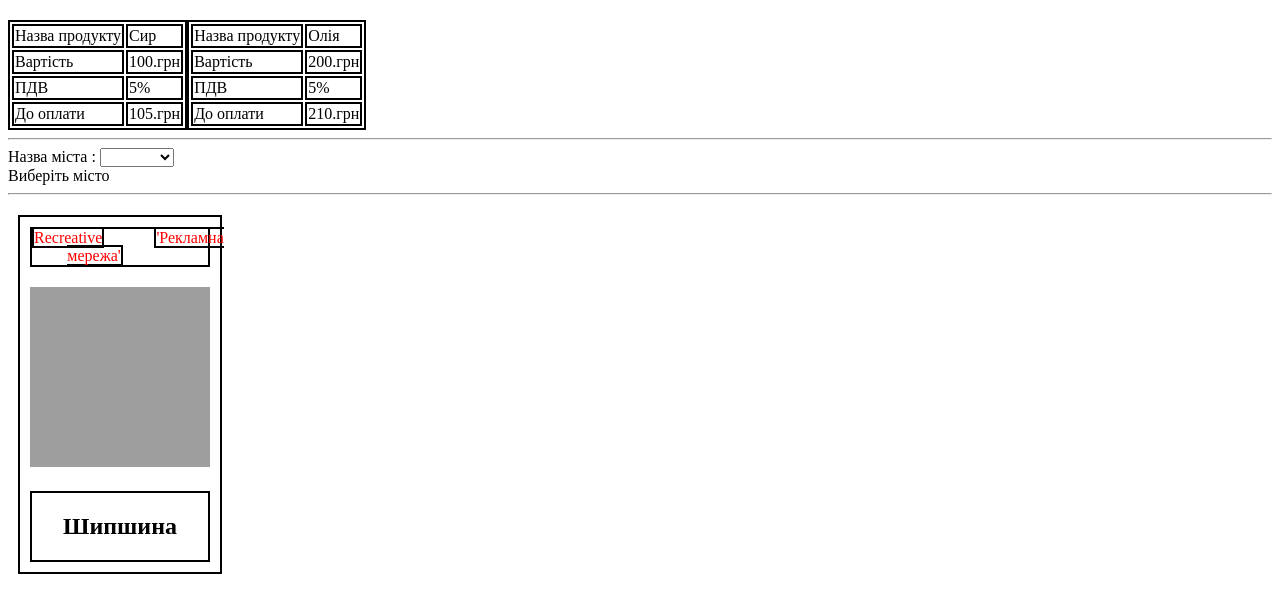
Repository: AnatoliyZaporozhets/HomeTask
Page: / (app in HomeWork_1/)
An editor plug-in stored every save of this project. The page is shown before and after the next save, followed by the edit.
The browser window is 1280 px wide. The pictures show the whole page.
Pictures or frames that could not be fetched are drawn as grey boxes. The project was rebuilt for these pictures with package versions that can differ from the ones it lists, and the page was loaded fresh each time.

Above is the page before, as saved 2022-04-12 21:08:01.

After the next save:
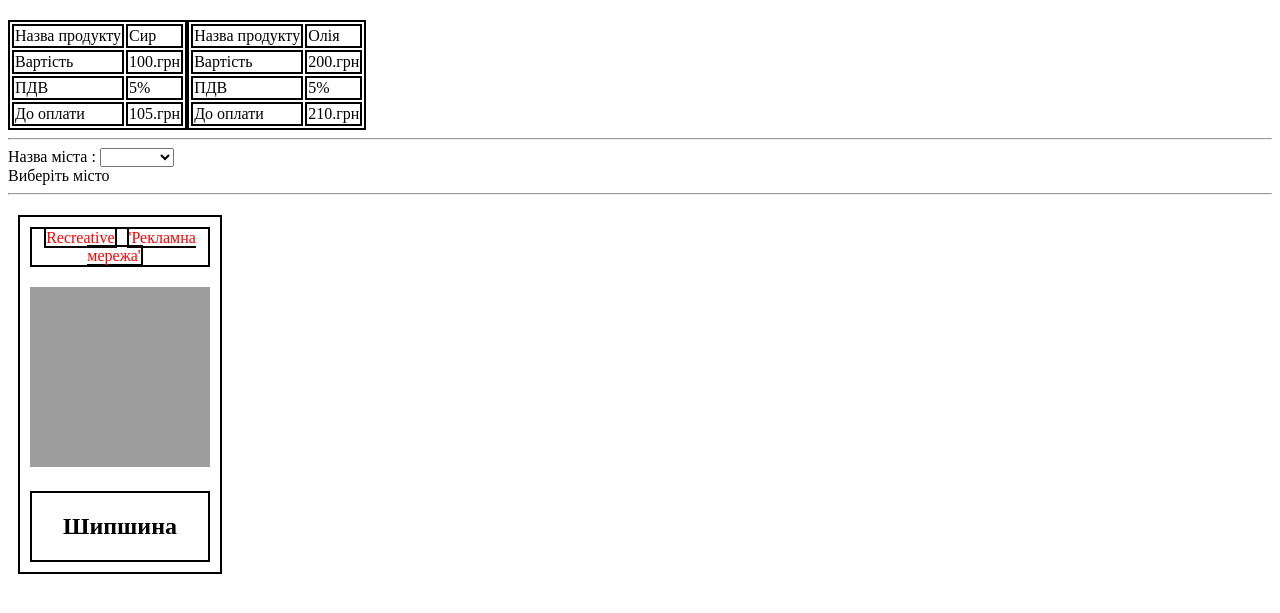
Saved 63 s later.
--- a/HomeWork_1/src/components/BannerList/Banner/index.vue
+++ b/HomeWork_1/src/components/BannerList/Banner/index.vue
@@ -38,7 +38,7 @@ img{
 }
 .label{
    color: red;
-   margin-right:  50px; ;
+   margin-right:  10px; ;
    border: 2px solid black;
 
 }
